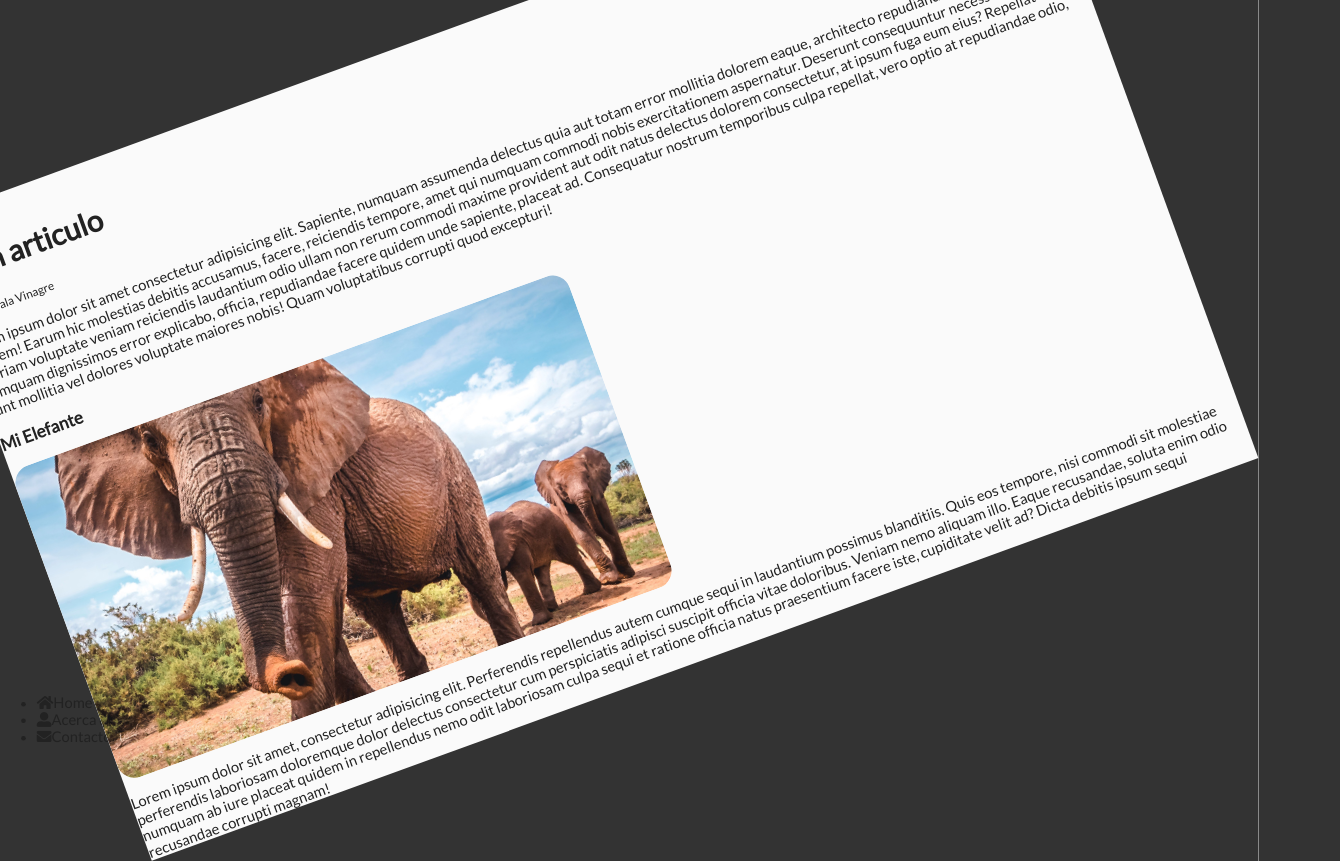
Repository: ElideZavala/Navagacion-en-rotacion
Page: index.html
These files come from the project's save history. The page is drawn as it stood at one moment and after the next save; the edit follows.
The browser window is 1280 px wide. The page is 1368 px wide, then 1456 px, so the pictures cover 1456 px, including what lies to the right of the window. The pictures show the whole page, at 92% of full size.

Above is the page before, as saved 2021-05-29 08:47:07.

After the next save:
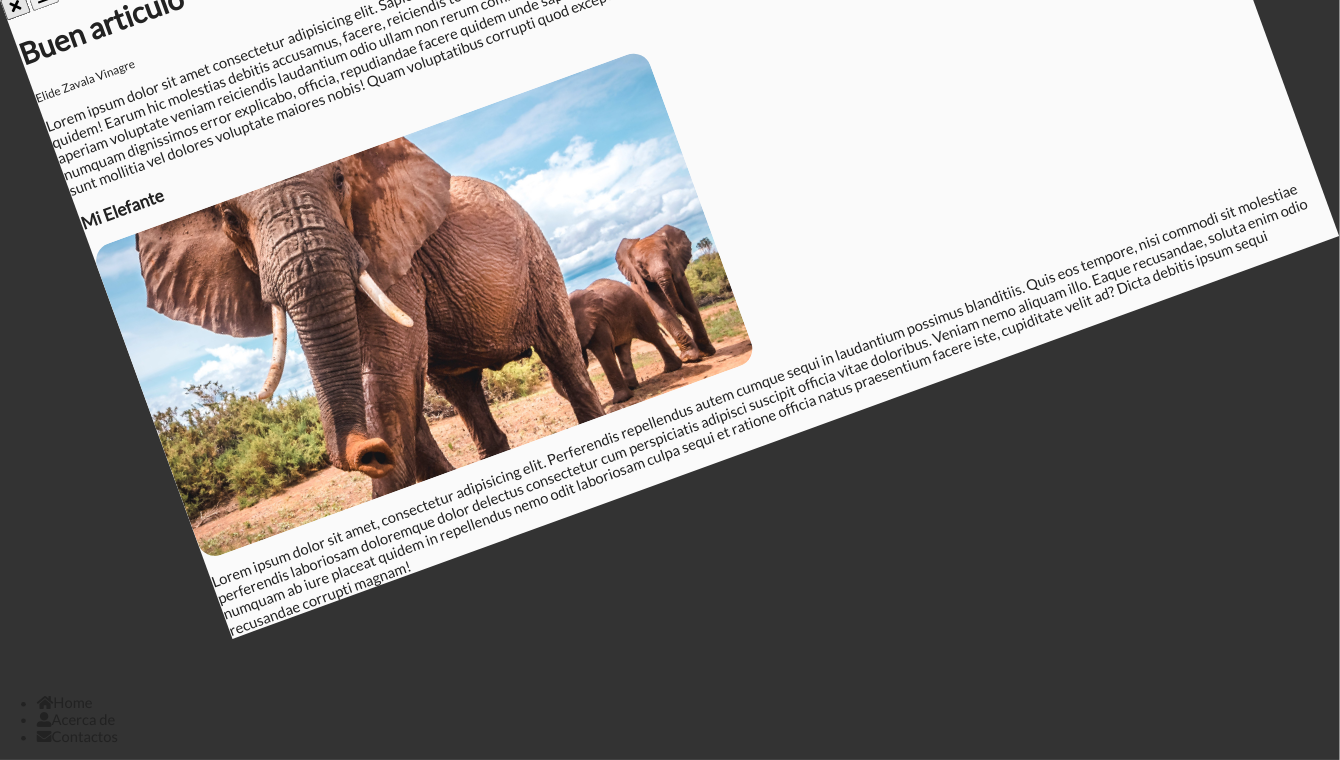
Saved 119 s later.
--- a/style.css
+++ b/style.css
@@ -18,6 +18,7 @@ body {
 
 .container.show-nav {
 	transform: rotate(-20deg);
+	transform-origin: top left;
 }
 
 .img{
